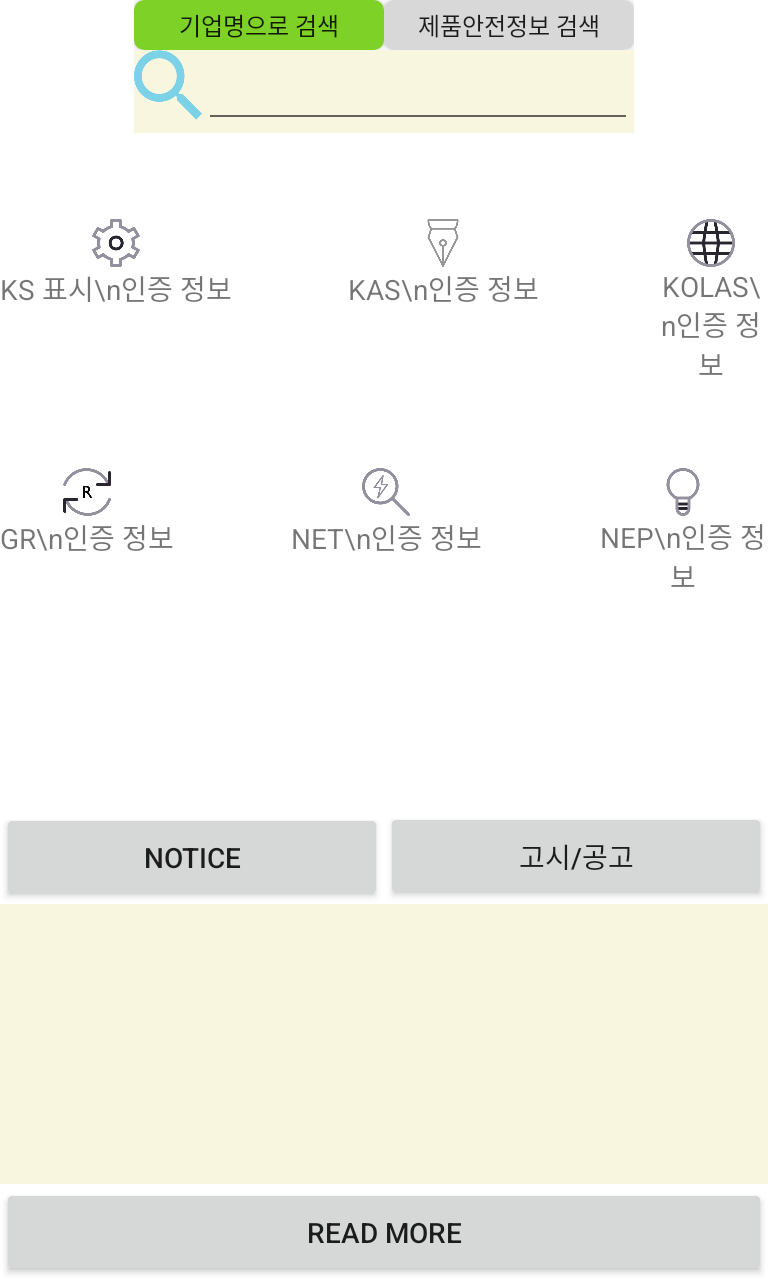
Repository: team-peony/ccfinder
Layout: android/CertifiedCompanyFinder/res/layout/fragment_main.xml
An editor plug-in stored every save of this project. The layout is shown before and after the next save, followed by the edit.
It is drawn on a 768 x 1280 px phone screen (xhdpi) without system bars, with theme AppTheme; the app's code is not run. Lists and similar views that code fills are empty.

Above is the layout before, as saved 2015-02-19 17:13:14.

### android/CertifiedCompanyFinder/res/layout/fragment_main.xml
<RelativeLayout xmlns:android="http://schemas.android.com/apk/res/android"
    xmlns:tools="http://schemas.android.com/tools"
    android:layout_width="match_parent"
    android:layout_height="match_parent"
    android:background="#FFFFFF"
    tools:context="com.peony.ccfinder.MainActivity$PlaceholderFragment" >

    <!-- 검색어 입력창 부분 -->
    <LinearLayout
        android:id="@+id/main_llSearch"
        android:layout_centerHorizontal="true"
        android:layout_width="250dp"
        android:layout_height="wrap_content"
        android:orientation="vertical">

        <LinearLayout
            android:layout_width="match_parent"
            android:layout_height="wrap_content"
            android:orientation="horizontal">
            <Button
                android:id="@+id/main_btnCompany"
                android:layout_width="0dp"
                android:layout_height="25dp"
                android:layout_weight="1"
                android:padding="0dp"
                android:textSize="12sp"
                android:background="@drawable/search_type_selected"
                android:text="기업명으로 검색"/>

            <Button
                android:id="@+id/main_btnSafety"
                android:layout_width="0dp"
                android:layout_height="25dp"
                android:layout_weight="1"
                android:padding="0dp"
                android:textSize="12sp"
                android:background="@drawable/search_type_unselected"
                android:text="제품안전정보 검색"/>

        </LinearLayout>

        <LinearLayout
            android:layout_width="match_parent"
            android:layout_height="wrap_content"
            android:orientation="horizontal"
            android:background="@color/cc_color_bage">

            <ImageView
                android:layout_width="34dp"
                android:layout_height="35dp"
                android:src="@drawable/search_icon" />

            <EditText
                android:id="@+id/main_etKeyword"
                android:layout_width="match_parent"
                android:layout_height="wrap_content"/>

        </LinearLayout>
    </LinearLayout>


    <!-- 카테고리 부분 -->
    <LinearLayout
        android:id="@+id/main_llCategories"
        android:layout_width="wrap_content"
        android:layout_height="wrap_content"
        android:layout_marginTop="43dp"
        android:orientation="vertical"
        android:layout_centerHorizontal="true"
        android:layout_below="@id/main_llSearch">
        <!-- 카테고리 상단 -->
        <LinearLayout
            android:layout_width="wrap_content"
            android:layout_height="wrap_content"
            android:orientation="horizontal">

            <!-- KS -->
            <LinearLayout
                android:id="@+id/main_llCategoryKs"
                android:layout_width="wrap_content"
                android:layout_height="wrap_content"
                android:orientation="vertical"
                android:gravity="center">
	            <ImageView
	                android:layout_width="@dimen/category_icon_size"
	                android:layout_height="@dimen/category_icon_size"
	                android:src="@drawable/ks_icon" />

	            <TextView
	                android:layout_width="wrap_content"
	                android:layout_height="wrap_content"
	                android:text="KS 표시\n인증 정보"
	                android:gravity="center"/>
	        </LinearLayout>

            <!-- KAS -->
            <LinearLayout
                android:id="@+id/main_llCategoryKas"
                android:layout_width="wrap_content"
                android:layout_height="wrap_content"
                android:layout_marginLeft="@dimen/category_padding"
                android:layout_marginRight="@dimen/category_padding"
                android:orientation="vertical"
                android:gravity="center">
	            <ImageView
	                android:layout_width="@dimen/category_icon_size"
	                android:layout_height="@dimen/category_icon_size"
	                android:src="@drawable/kas_icon" />

	            <TextView
	                android:layout_width="wrap_content"
	                android:layout_height="wrap_content"
	                android:text="KAS\n인증 정보"
	                android:gravity="center"/>
	        </LinearLayout>

            <!-- KOLAS -->
            <LinearLayout
                android:id="@+id/main_llCategoryKolas"
                android:layout_width="wrap_content"
                android:layout_height="wrap_content"
                android:orientation="vertical"
                android:gravity="center">
	            <ImageView
	                android:layout_width="@dimen/category_icon_size"
	                android:layout_height="@dimen/category_icon_size"
	                android:src="@drawable/kolas_icon" />

	            <TextView
	                android:layout_width="wrap_content"
	                android:layout_height="wrap_content"
	                android:text="KOLAS\n인증 정보"
	                android:gravity="center"/>
	        </LinearLayout>

        </LinearLayout>


        <!-- 카테고리 하단 -->
        <LinearLayout
            android:layout_marginTop="42dp"
            android:layout_width="wrap_content"
            android:layout_height="wrap_content"
            android:orientation="horizontal">
            <!-- GR -->
            <LinearLayout
                android:id="@+id/main_llCategoryGr"
                android:layout_width="wrap_content"
                android:layout_height="wrap_content"
                android:orientation="vertical"
                android:gravity="center">
	            <ImageView
	                android:layout_width="@dimen/category_icon_size"
	                android:layout_height="@dimen/category_icon_size"
	                android:src="@drawable/gr_icon" />

	            <TextView
	                android:layout_width="wrap_content"
	                android:layout_height="wrap_content"
	                android:text="GR\n인증 정보"
	                android:gravity="center"/>
	        </LinearLayout>

            <!-- NET -->
            <LinearLayout
                android:id="@+id/main_llCategoryNet"
                android:layout_width="wrap_content"
                android:layout_height="wrap_content"
                android:layout_marginLeft="@dimen/category_padding"
                android:layout_marginRight="@dimen/category_padding"
                android:orientation="vertical"
                android:gravity="center">
	            <ImageView
	                android:layout_width="@dimen/category_icon_size"
	                android:layout_height="@dimen/category_icon_size"
	                android:src="@drawable/net_icon" />

	            <TextView
	                android:layout_width="wrap_content"
	                android:layout_height="wrap_content"
	                android:text="NET\n인증 정보"
	                android:gravity="center"/>
	        </LinearLayout>

            <!-- NEP -->
            <LinearLayout
                android:id="@+id/main_llCategoryNep"
                android:layout_width="wrap_content"
                android:layout_height="wrap_content"
                android:orientation="vertical"
                android:gravity="center">
	            <ImageView
	                android:layout_width="@dimen/category_icon_size"
	                android:layout_height="@dimen/category_icon_size"
	                android:src="@drawable/nep_icon" />

	            <TextView
	                android:layout_width="wrap_content"
	                android:layout_height="wrap_content"
	                android:text="NEP\n인증 정보"
	                android:gravity="center"/>
	        </LinearLayout>

        </LinearLayout>

    </LinearLayout>

    <!-- 공지 사항 -->
    <LinearLayout
        android:id="@+id/main_llNoticeArea"
        android:layout_width="match_parent"
        android:layout_height="wrap_content"
        android:orientation="vertical"
        android:layout_alignParentBottom="true">

        <!-- 공지 탭 -->
        <LinearLayout
            android:layout_width="match_parent"
            android:layout_height="wrap_content"
            android:orientation="horizontal">
            <Button
	            android:id="@+id/main_btnTabNotice"
	            android:layout_width="0dp"
	            android:layout_height="wrap_content"
	            android:layout_weight="1"
	            android:text="NOTICE"/>

	        <Button
	            android:id="@+id/main_btnTabGosi"
	            android:layout_width="0dp"
	            android:layout_height="wrap_content"
	            android:layout_weight="1"
	            android:text="고시/공고"/>
        </LinearLayout>

        <ListView
            android:id="@+id/main_lvNotices"
            android:layout_width="match_parent"
            android:layout_height="140dp"
            android:background="@color/cc_color_bage"/>

        <Button
	            android:id="@+id/main_btnReadMore"
	            android:layout_width="match_parent"
	            android:layout_height="wrap_content"
	            android:text="Read more"/>
    </LinearLayout>

</RelativeLayout>

### android/CertifiedCompanyFinder/res/values/styles.xml
<resources>

    <!--
        Base application theme, dependent on API level. This theme is replaced
        by AppBaseTheme from res/values-vXX/styles.xml on newer devices.
    -->
    <style name="AppBaseTheme" parent="Theme.AppCompat.Light">
        <!--
            Theme customizations available in newer API levels can go in
            res/values-vXX/styles.xml, while customizations related to
            backward-compatibility can go here.
        -->
    </style>

    <!-- Application theme. -->
    <style name="AppTheme" parent="AppBaseTheme">
        <!-- All customizations that are NOT specific to a particular API-level can go here. -->
    </style>

</resources>

### android/CertifiedCompanyFinder/res/drawable/search_type_selected.xml
<?xml version="1.0" encoding="utf-8"?>
<shape xmlns:android="http://schemas.android.com/apk/res/android" >
    <solid android:color="@color/cc_color_skyblue"/>
    <corners android:radius="5dp"/>
    <padding android:left="10dp"
        android:top="10dp"
        android:right="10dp"
        android:bottom="10dp"/>

</shape>

### android/CertifiedCompanyFinder/res/drawable/search_type_unselected.xml
<?xml version="1.0" encoding="utf-8"?>
<shape xmlns:android="http://schemas.android.com/apk/res/android" >
    <solid android:color="@color/cc_color_unselected"/>
    <corners android:radius="5dp"/>
    <padding android:left="10dp"
        android:top="10dp"
        android:right="10dp"
        android:bottom="10dp"/>

</shape>

### android/CertifiedCompanyFinder/res/values/colors.xml
<?xml version="1.0" encoding="utf-8"?>
<resources>
    <color name="cc_color_bage">#F8F6DF</color>
    <color name="cc_color_skyblue">#7ED126</color>
    <color name="cc_color_unselected">#D8D8D8</color>
</resources>

### android/CertifiedCompanyFinder/res/values/dimens.xml
<resources>

    <!-- Default screen margins, per the Android Design guidelines. -->
    <dimen name="activity_horizontal_margin">16dp</dimen>
    <dimen name="activity_vertical_margin">16dp</dimen>
	<dimen name="category_icon_size">24dp</dimen>
	<dimen name="category_padding">58dp</dimen>
</resources>

Loaded but not shown: android/CertifiedCompanyFinder/res/values-v11/styles.xml (common file); android/CertifiedCompanyFinder/res/values-v14/styles.xml (common file)

After the next save:
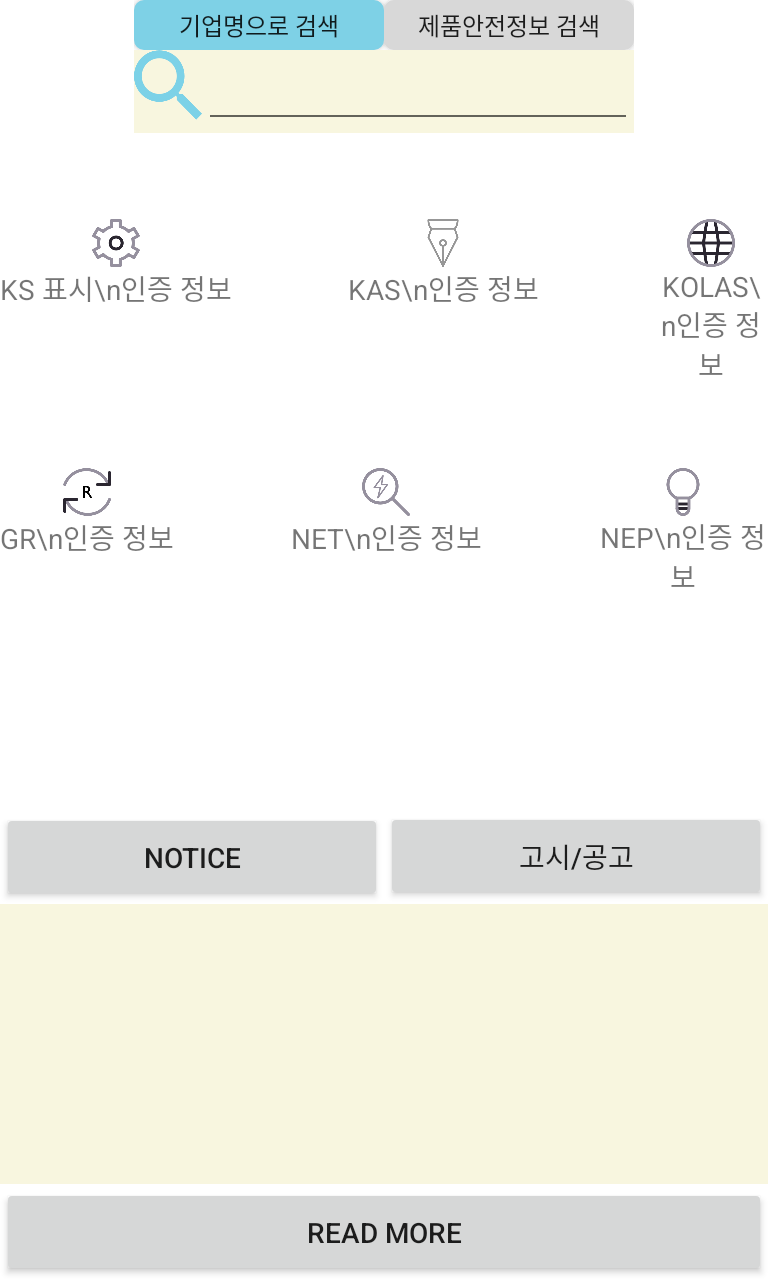
Saved 32 s later.
--- a/android/CertifiedCompanyFinder/res/values/colors.xml
+++ b/android/CertifiedCompanyFinder/res/values/colors.xml
@@ -1,6 +1,6 @@
 <?xml version="1.0" encoding="utf-8"?>
 <resources>
     <color name="cc_color_bage">#F8F6DF</color>
-    <color name="cc_color_skyblue">#7ED126</color>
+    <color name="cc_color_skyblue">#7ED1E6</color>
     <color name="cc_color_unselected">#D8D8D8</color>
 </resources>
